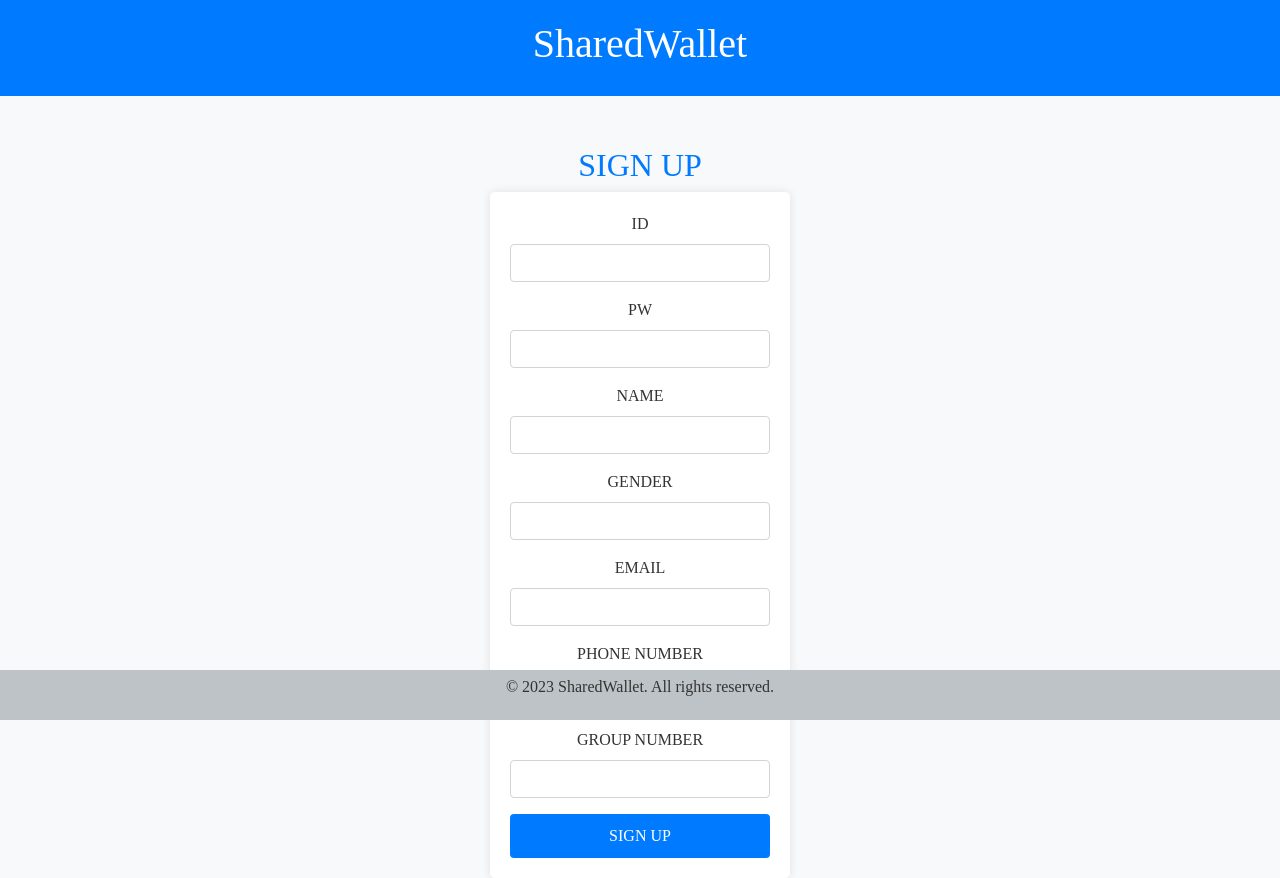
Repository: YoonHakyoung/SharedWallet
Page: http://localhost/Final_Exam/WEB-INF/views/member/signup_form.jsp
These files come from the project's save history. The page is drawn as it stood at one moment and after the next save; the edit follows.
The browser window is 1280 px wide. The pictures show the whole page.
Some web fonts or font styles are not loaded; a fallback is used. The page is served by Tomcat 9. Nobody is signed in. The template is opened directly, without the code that normally fills it, so the values that code supplies are empty.

Above is the page before, as saved 2023-12-09 18:00:31.

After the next save:
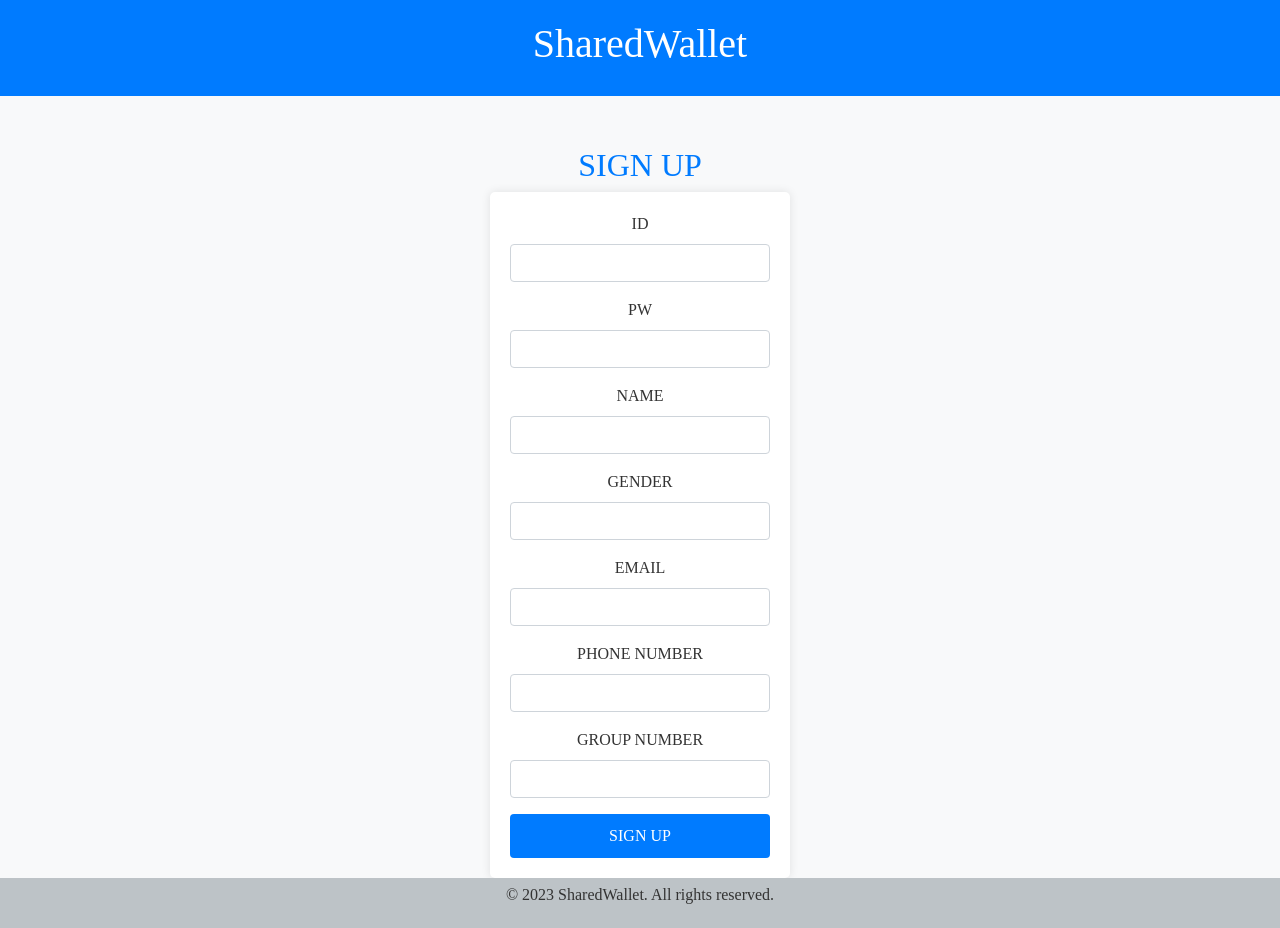
Saved 91 s later.
--- a/Spring/Project/Final Exam/src/main/webapp/WEB-INF/views/include/footer.jsp
+++ b/Spring/Project/Final Exam/src/main/webapp/WEB-INF/views/include/footer.jsp
@@ -2,7 +2,6 @@
 
     <footer style="background-color: #bdc3c7; color: #333; padding: 5px;
             text-align: center;
-            position: fixed;
             bottom: 0;
             width: 100%;">
         <!-- 푸터 내용 -->
